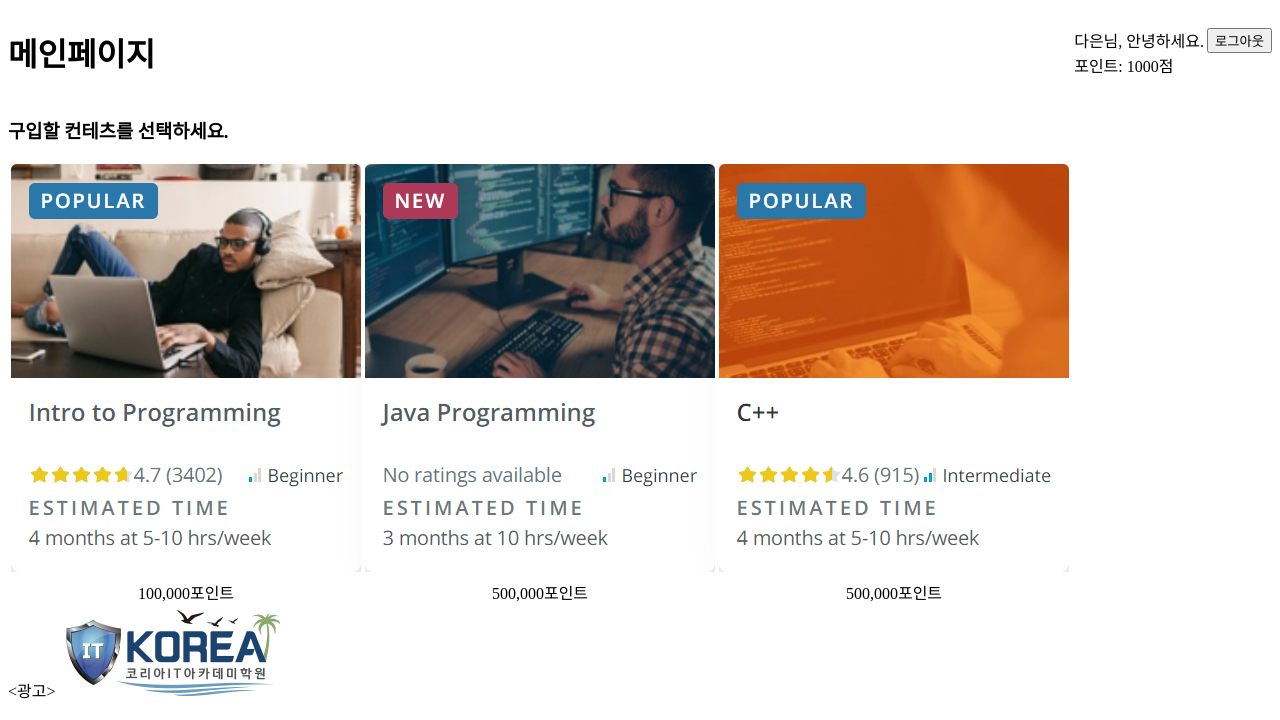
Repository: euniiee/test11
Page: http://localhost/Project/main.jsp
An editor plug-in stored every save of this project. The page is shown before and after the next save, followed by the edit.
The browser window is 1280 px wide. The pictures show the whole page.
The page is served by Tomcat 9.

Above is the page before, as saved 2023-02-01 02:32:05.

After the next save:
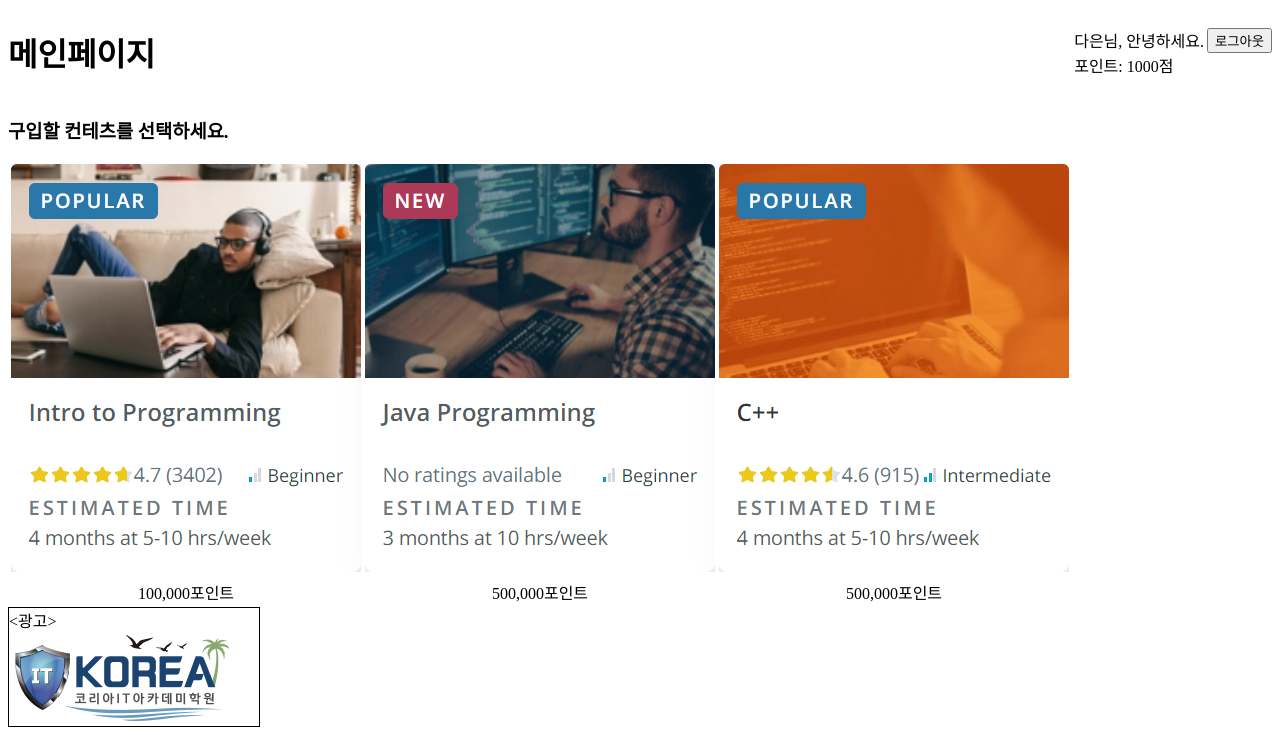
Saved 97 s later.
--- a/Project/WebContent/main.jsp
+++ b/Project/WebContent/main.jsp
@@ -32,7 +32,7 @@
 		</tr>
 	</table>
 	<footer>
-		<div style="">
+		<div style="border: 1px solid black; width: 250px;">
 			<span><광고></span>
 			<img src="korea_it.png">
 		</div>
